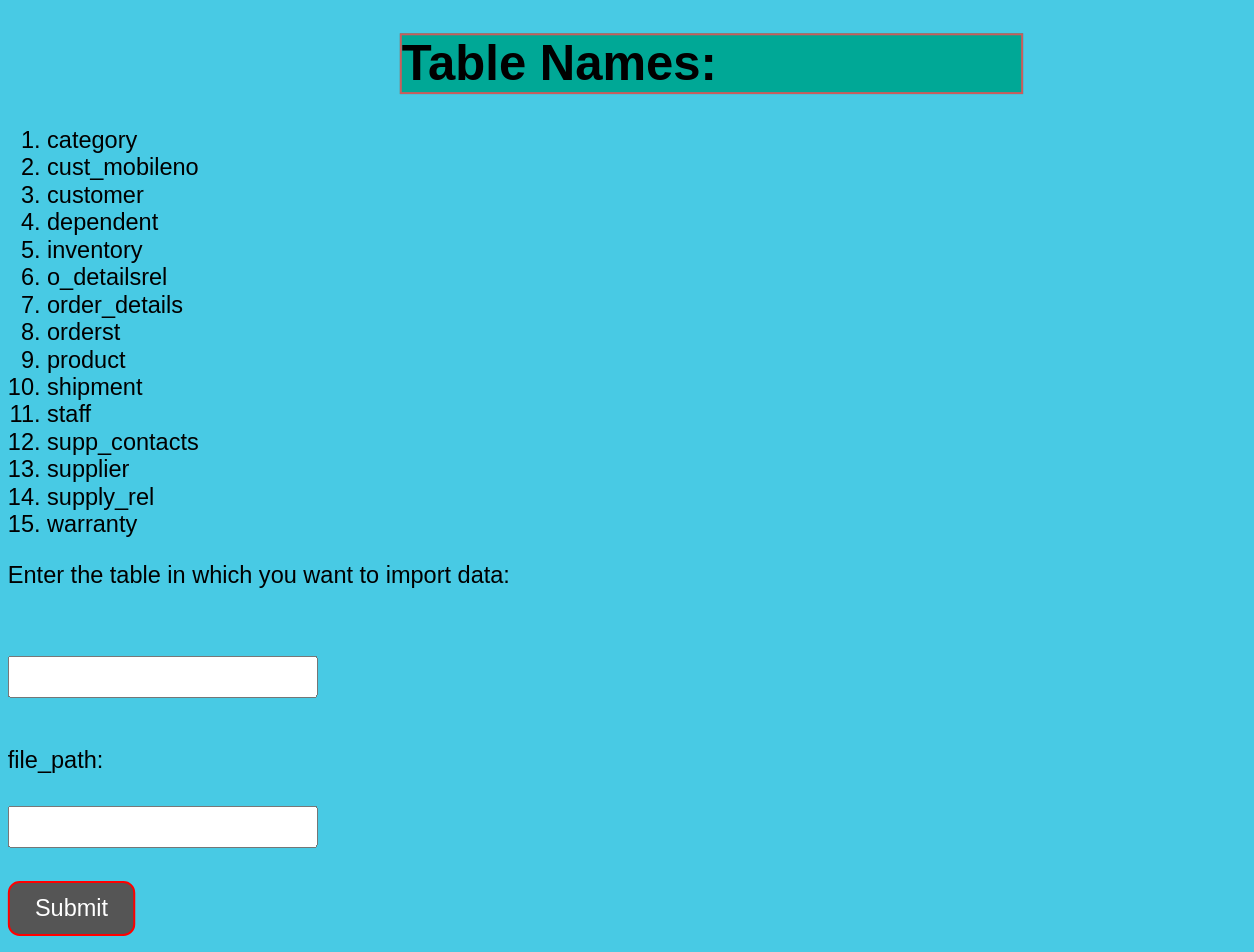
Repository: cyrusdwivedi2002/inventory-management-system
Page: DemoApp/src/main/webapp/import.html
The author's editor kept a copy of each file at every save. The page is drawn from the files as they stood at one save, then again after the next save.
The browser window is 1280 px wide. The pictures show the whole page, at 98% of full size.
Some web fonts or font styles are not loaded; a fallback is used.

Above is the page before, as saved 2022-06-24 19:21:40.

After the next save:
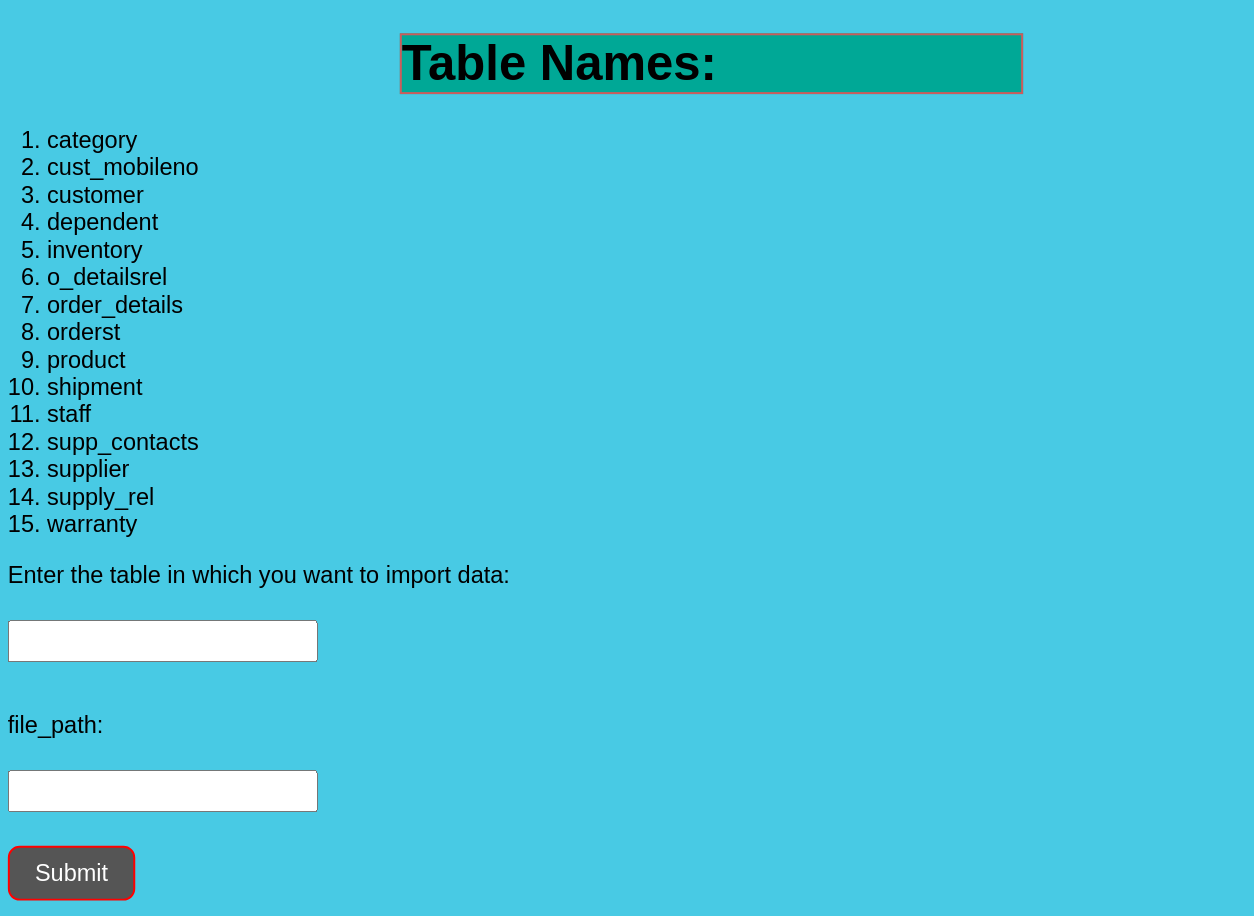
Saved 18 s later.
--- a/DemoApp/src/main/webapp/import.html
+++ b/DemoApp/src/main/webapp/import.html
@@ -84,7 +84,6 @@ transition: all 0.4s;
 	</ol>
 
 	<p>Enter the table in which you want to import data: </p>
-	  <br/><br/>
 	 <input type="text" name="table_name"/>
 	 <br/><br/>
 	 <p>file_path:</p>
